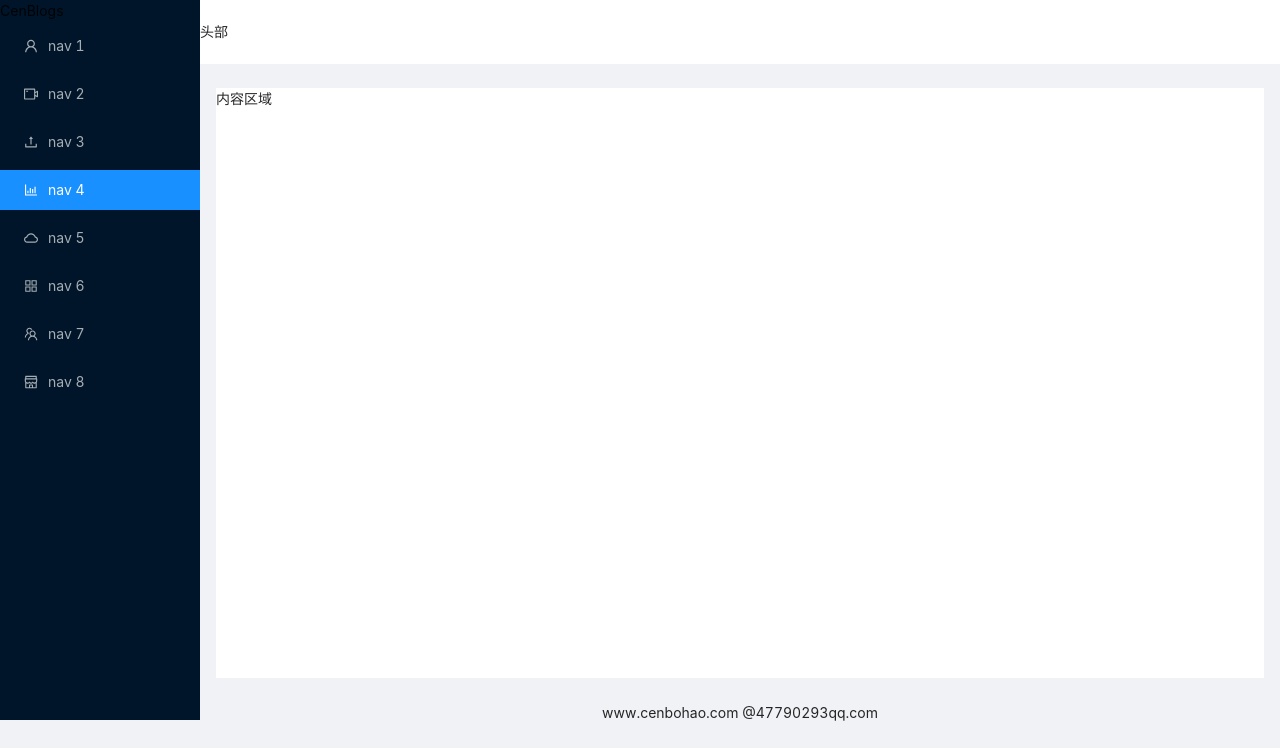
Repository: CBH20010703/BlogsAntd
Page: /
The author's editor kept a copy of each file at every save. The page is drawn from the files as they stood at one save, then again after the next save.
The browser window is 1280 px wide. The pictures show the whole page.
The project was rebuilt for these pictures with package versions that can differ from the ones it lists, and the page was loaded fresh each time. Also part of the build but not shown: src/view/Home/Home.css, src/view/404/Error.jsx.

Above is the page before, as saved 2021-06-20 22:46:11.

After the next save:
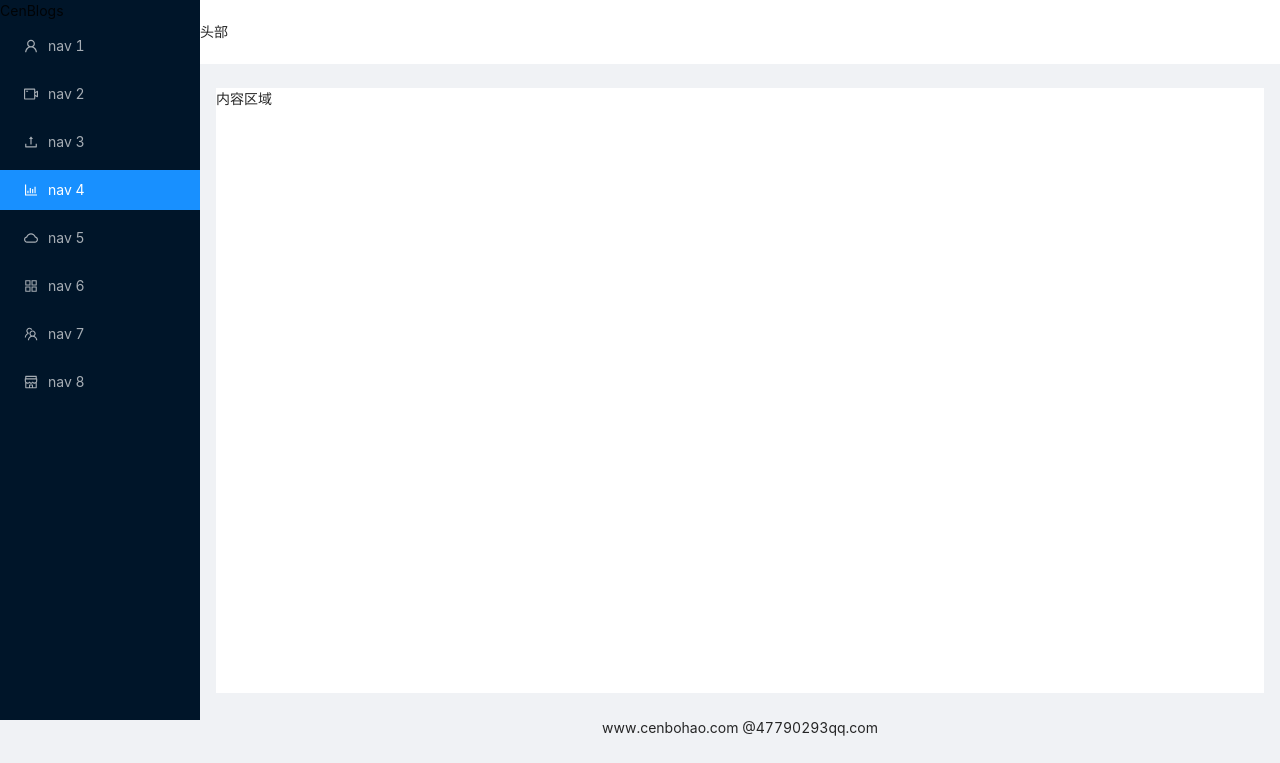
Saved 6 s later.
--- a/src/App.js
+++ b/src/App.js
@@ -32,7 +32,7 @@
     </Sider>
     <Layout className="site-layout" style={{ marginLeft: 200 }}>
       <Headers></Headers>
-          <Content style={{ margin: '24px 16px 0', overflow: 'initial', height: "82vh", background:"#fff" }}>
+          <Content style={{ margin: '24px 16px 0', overflow: 'initial', height: "84vh", background:"#fff" }}>
           <RouterMap />
       </Content>
       <Footers/>
